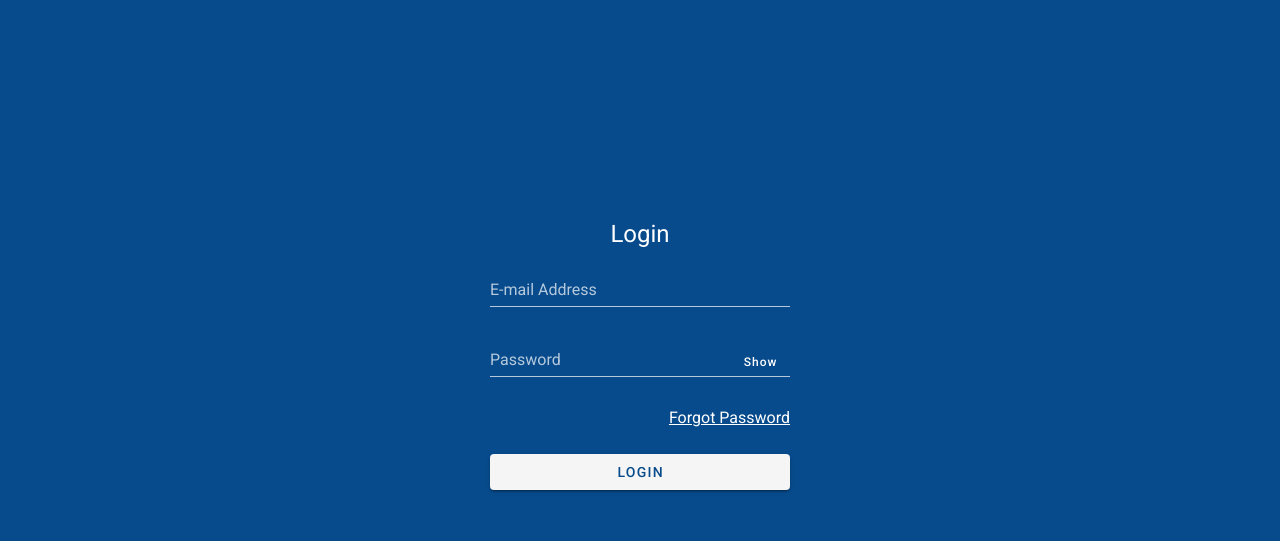
Repository: Grace229/Login
Page: /
An editor plug-in stored every save of this project. The page is shown before and after the next save, followed by the edit.
The browser window is 1280 px wide. The pictures show the whole page.
The project was rebuilt for these pictures with package versions that can differ from the ones it lists, and the page was loaded fresh each time. Also part of the build but not shown: vue.config.js. Imported but missing from the stored project, and not drawn on this page: src/components/EventBus, src/views/About.vue.

Above is the page before, as saved 2021-02-15 12:08:06.

After the next save:
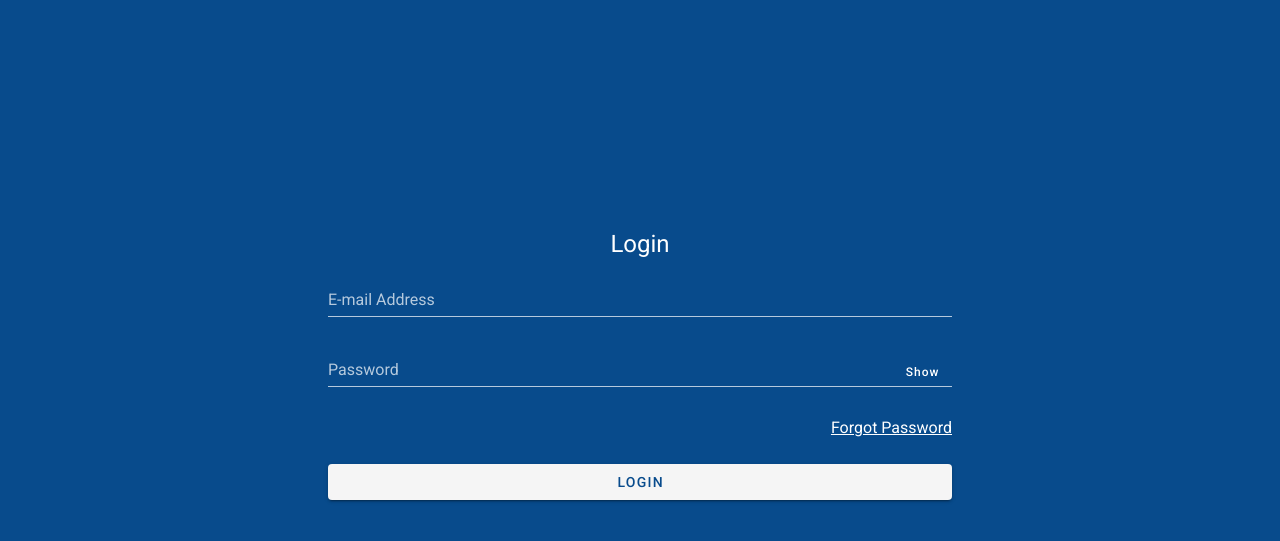
Saved 28 s later.
--- a/src/views/Home.vue
+++ b/src/views/Home.vue
@@ -3,7 +3,7 @@
     style="min-height:100vh"
     class="primary fill-height white--text d-flex flex-column justify-center pa-4"
   >
-    <div class="col-md-6 mt-5 mx-auto">
+    <div>
       <header>
         <div class="headline text-center py-2">
           Login
